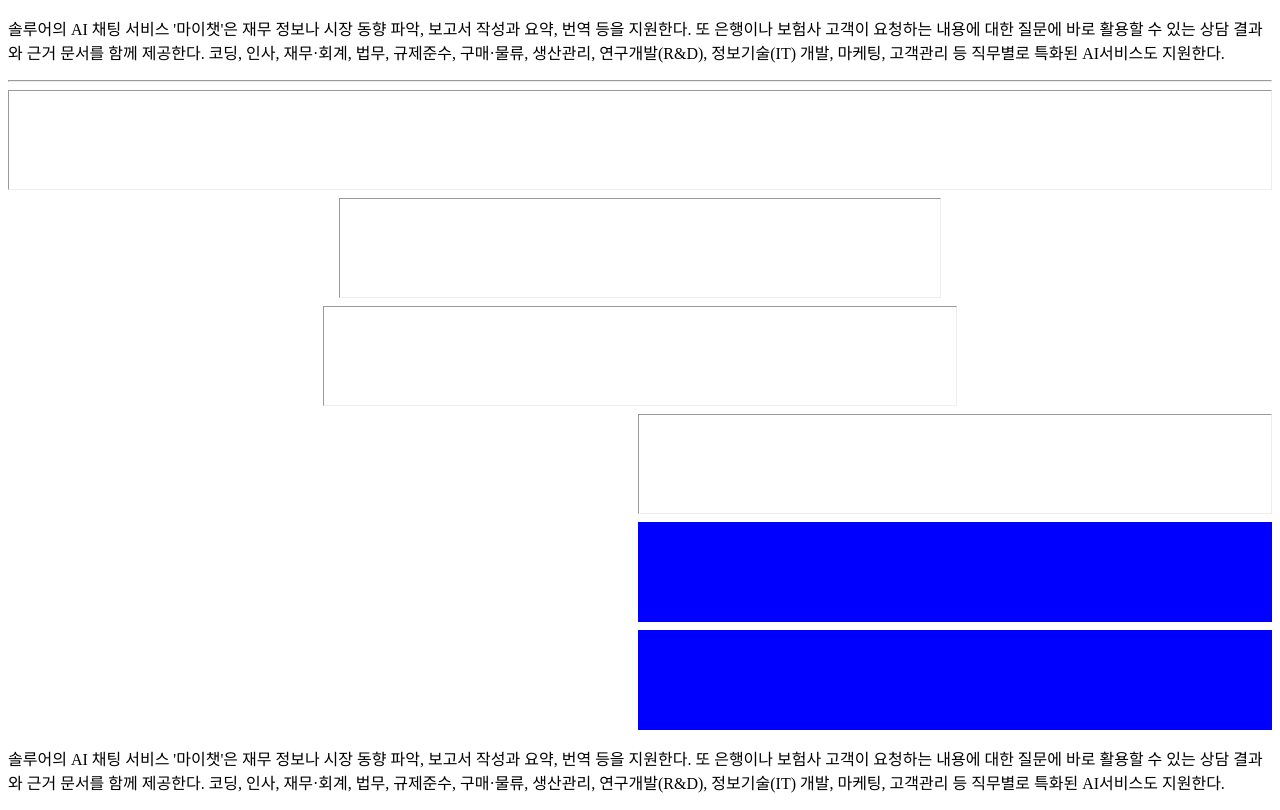
Repository: zzzzzzin/Client
Page: ClientTest/src/main/webapp/html/ex09_hr.html
An editor plug-in stored every save of this project. The page is shown before and after the next save, followed by the edit.
The browser window is 1280 px wide. The pictures show the whole page.

Above is the page before, as saved 2024-03-13 01:02:24.

After the next save:
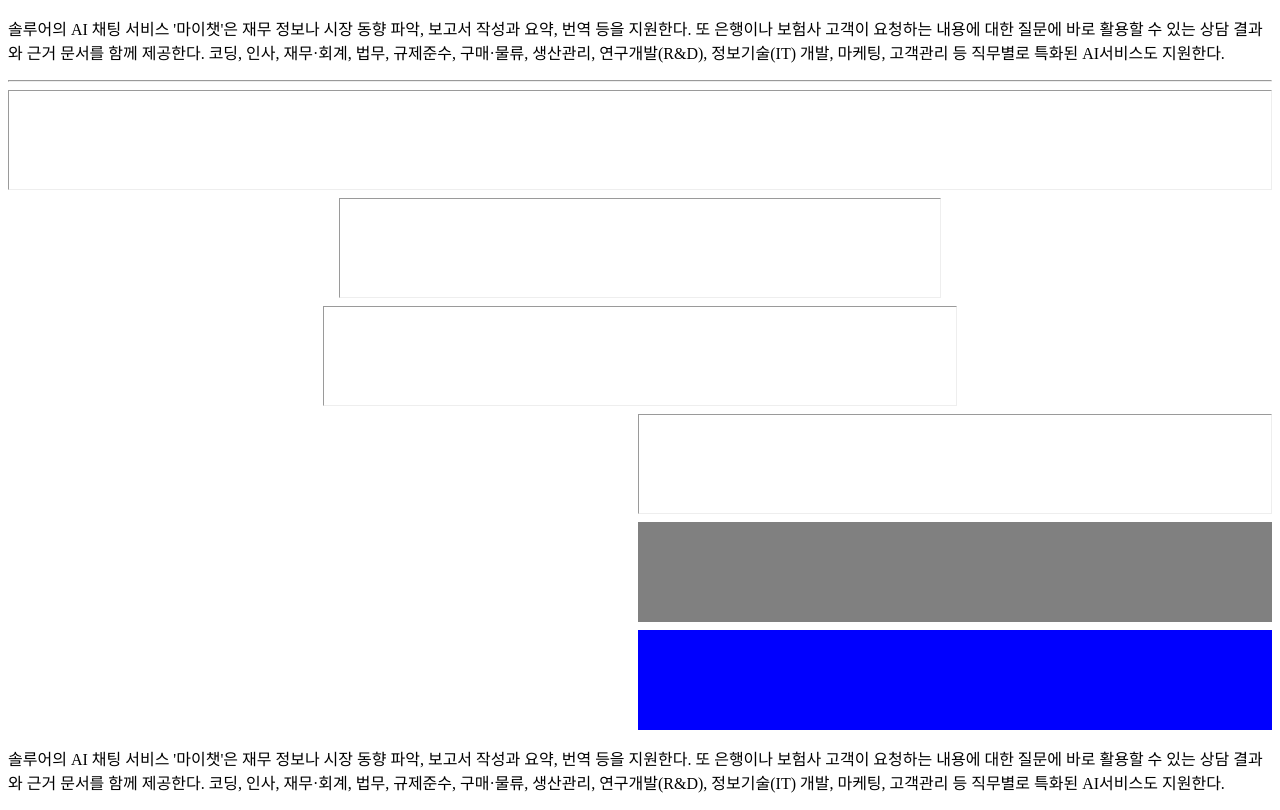
Saved 9 s later.
--- a/ClientTest/src/main/webapp/html/ex09_hr.html
+++ b/ClientTest/src/main/webapp/html/ex09_hr.html
@@ -38,8 +38,8 @@
 	<hr size="100" width="600">
 	<hr size="100" width="50%">
 	<hr size="100" width="50%" align="right">
+	<hr size="100" width="50%" align="right" noshade>
 	<hr size="100" width="50%" align="right" color="blue">
-	<hr size="100" width="50%" align="right" color="blue" noshade>
 
 	<p>솔루어의 AI 채팅 서비스 '마이챗'은 재무 정보나 시장 동향 파악, 보고서 작성과 요약, 번역 등을 지원한다. 또 은행이나 보험사 고객이 요청하는 내용에 대한 질문에 바로 활용할 수 있는 상담 결과와 근거 문서를 함께 제공한다. 코딩, 인사, 재무·회계, 법무, 규제준수, 구매·물류, 생산관리, 연구개발(R&D), 정보기술(IT) 개발, 마케팅, 고객관리 등 직무별로 특화된 AI서비스도 지원한다.</p>
 
